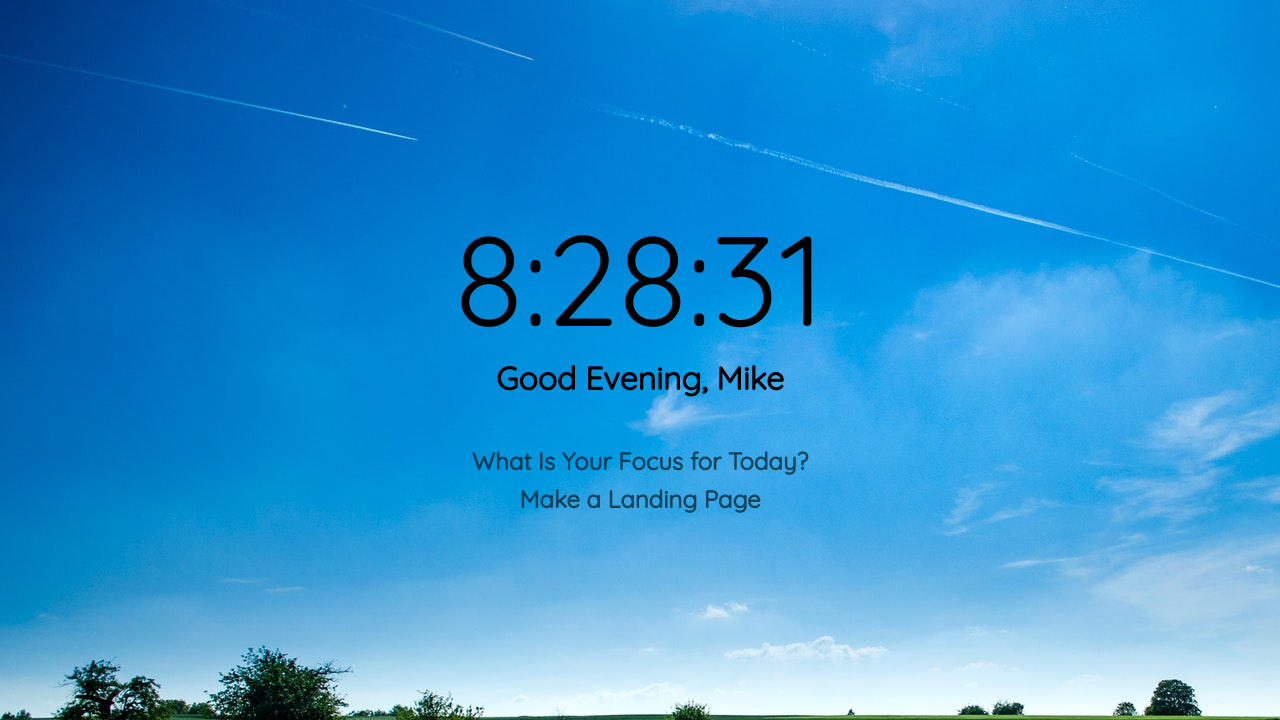
Repository: MikeTroianello/Landing-Page
Page: index.html
An editor plug-in stored every save of this project. The page is shown before and after the next save, followed by the edit.
The browser window is 1280 px wide. The pictures show the whole page.

Above is the page before, as saved 2019-06-19 23:25:21.

After the next save:
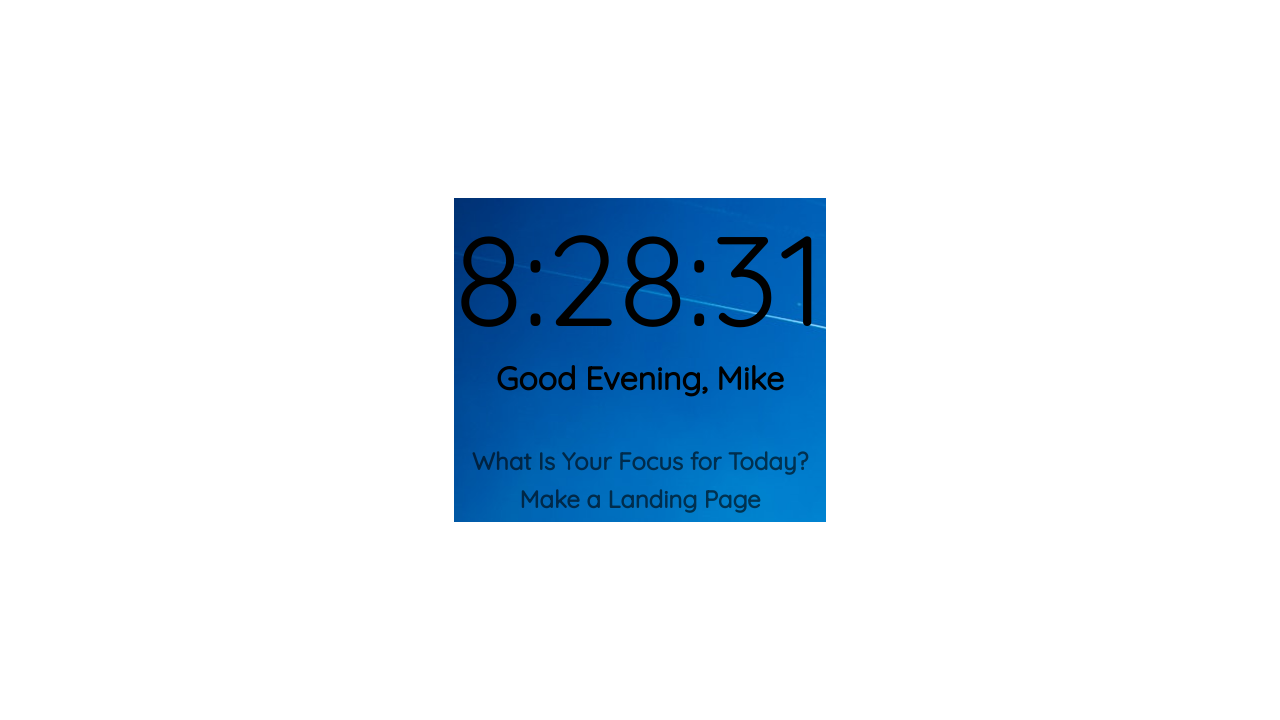
Saved 20 s later.
--- a/style.css
+++ b/style.css
@@ -13,6 +13,9 @@
   text-align: center;
   height: 100vh;
   color: 'black';
+}
+
+#full {
   background-image: url('./img/afternoon.jpg');
 }
 

After the 2 saves that followed:
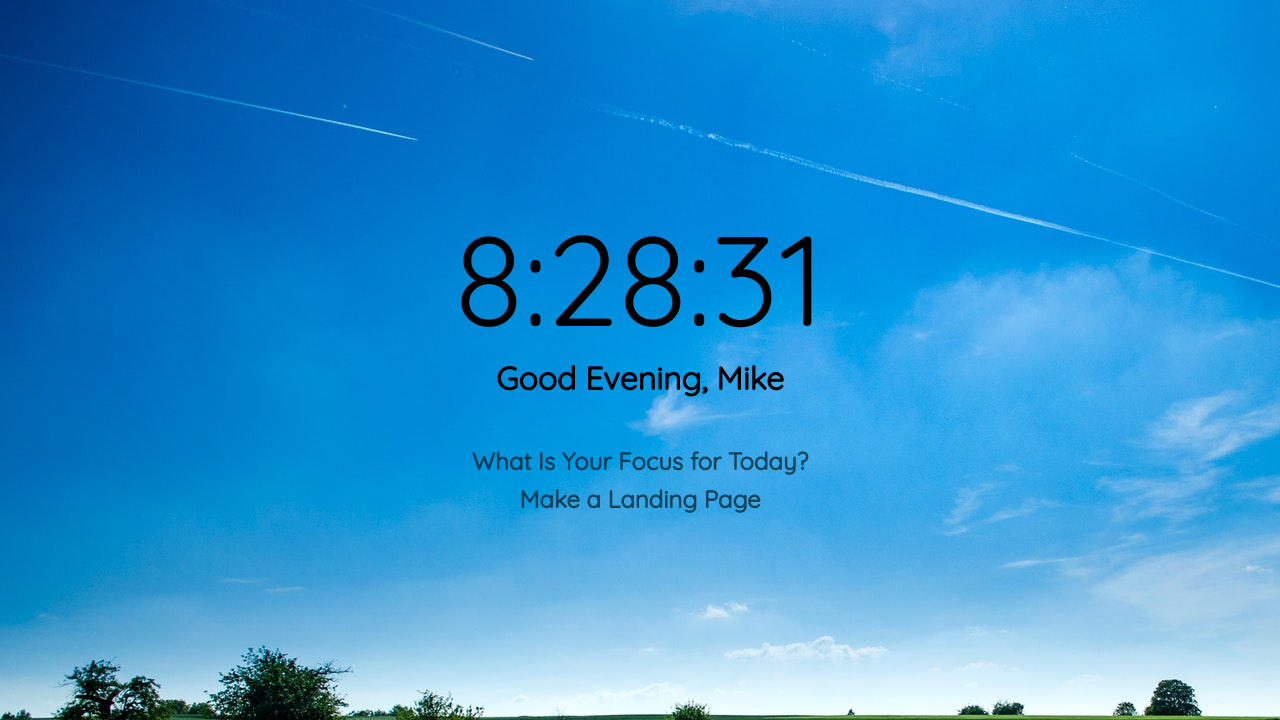
The 2 saves are shown as one change because 1 left the picture as it was.
The last was saved 35 s later.
--- a/style.css
+++ b/style.css
@@ -13,10 +13,10 @@
   text-align: center;
   height: 100vh;
   color: 'black';
+  background-image: url('./img/afternoon.jpg');
 }
 
 #full {
-  background-image: url('./img/afternoon.jpg');
 }
 
 #time {
